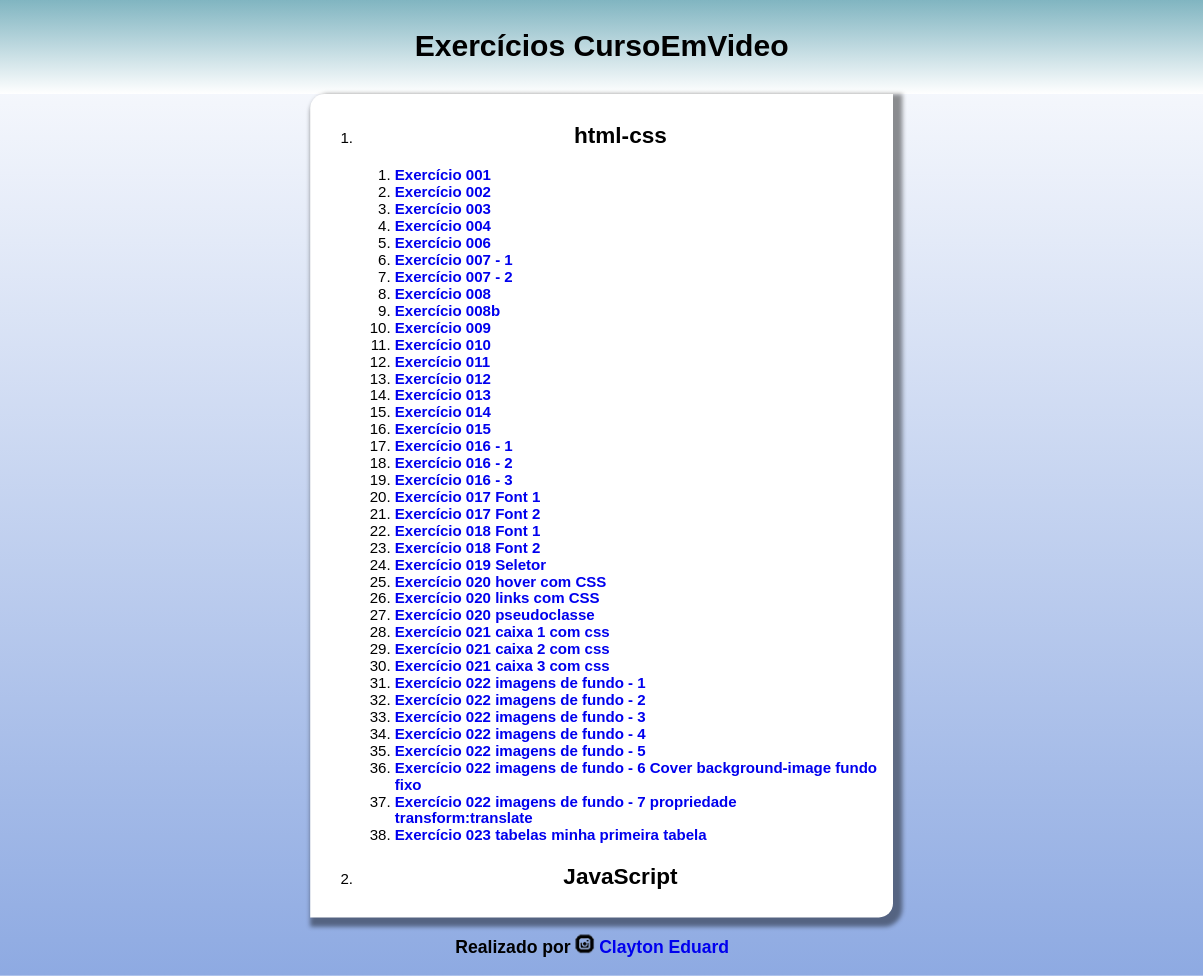
Repository: ClaytonEduard/cursoemvideo
Page: index.html
The author's editor kept a copy of each file at every save. The page is drawn from the files as they stood at one save, then again after a run of saves.
The browser window is 1280 px wide. The pictures show the whole page, at 94% of full size.

Above is the page before, as saved 2022-12-08 16:34:02.

### index.html
<!DOCTYPE html>
<html lang="pt-br">

<head>
        <meta charset="UTF-8">
        <meta http-equiv="X-UA-Compatible" content="IE=edge">
        <meta name="viewport" content="width=device-width, initial-scale=1.0">
        <title>Curso em Video</title>
        <style>
                header {
                        background-image: linear-gradient(to top, white, rgba(7, 110, 133, 0.508));
                        padding: 10px;
                        margin: auto;
                        text-align: center;
                }

                body {

                        font-family: Arial, Helvetica, sans-serif;
                        margin: 0px;
                        padding: 0px;
                        background-image: linear-gradient(to bottom, rgb(255, 255, 255), rgba(33, 88, 198, 0.508));
                }

                main {
                        width: 600px;
                        background-color: white;
                        padding: 10px;
                        margin: auto;
                        border-radius: 15px 0px;
                        box-shadow: 5px 5px 5px 5px #0000006e;
                }

                a {
                        text-decoration: none;
                        font-weight: bold;
                        margin-right: 20px;
                }

                a:hover {
                        text-decoration: underline;
                        color: rgb(80, 12, 240);
                }

                h2 {
                        text-align: center;
                }

                footer {
                        background-image: linear-gradient(to bottom, rgba(7, 110, 133, 0.508));
                        text-align: center;
                }
        </style>
</head>

<body>

        <header>
                <h1>Exercícios CursoEmVideo</h1>
        </header>

        <main>
                <ol>
                        <li>
                                <h2>html-css</h2>
                        </li>

                        <ol>
                                <li><a href="https://claytoneduard.github.io/cursoemvideo/html-css/ex001/index.html"
                                                target="_blank">Exercício 001</a></li>
                                <li><a href="https://claytoneduard.github.io/cursoemvideo/html-css/ex002/index.html"
                                                target="_blank">Exercício 002</a></li>
                                <li><a href="https://claytoneduard.github.io/cursoemvideo/html-css/ex003/index.html"
                                                target="_blank">Exercício 003</a></li>
                                <li><a href="https://claytoneduard.github.io/cursoemvideo/html-css/ex004/index.html"
                                                target="_blank">Exercício 004</a></li>
                                <li><a href="https://claytoneduard.github.io/cursoemvideo/html-css/ex006/index.html"
                                                target="_blank">Exercício 006</a></li>
                                <li><a href="https://claytoneduard.github.io/cursoemvideo/html-css/ex007/html4.html"
                                                target="_blank">Exercício 007 - 1</a></li>
                                <li><a href="https://claytoneduard.github.io/cursoemvideo/html-css/ex007/html5.html"
                                                target="_blank">Exercício 007 - 2</a></li>
                                <li><a href="https://claytoneduard.github.io/cursoemvideo/html-css/ex008/index.html"
                                                target="_blank">Exercício 008</a></li>
                                <li><a href="https://claytoneduard.github.io/cursoemvideo/html-css/ex008b/index.html"
                                                target="_blank">Exercício 008b</a></li>
                                <li><a href="https://claytoneduard.github.io/cursoemvideo/html-css/ex009/index.html"
                                                target="_blank">Exercício 009</a></li>
                                <li><a href="https://claytoneduard.github.io/cursoemvideo/html-css/ex010/index.html"
                                                target="_blank">Exercício 010</a></li>
                                <li><a href="https://claytoneduard.github.io/cursoemvideo/html-css/ex011/index.html"
                                                target="_blank">Exercício 011</a></li>
                                <li><a href="https://claytoneduard.github.io/cursoemvideo/html-css/ex012/index.html"
                                                target="_blank">Exercício 012</a></li>
                                <li><a href="https://claytoneduard.github.io/cursoemvideo/html-css/ex013/index.html"
                                                target="_blank">Exercício 013</a></li>
                                <li><a href="https://claytoneduard.github.io/cursoemvideo/html-css/ex014/index.html"
                                                target="_blank">Exercício 014</a></li>
                                <li><a href="https://claytoneduard.github.io/cursoemvideo/html-css/ex015/index.html"
                                                target="_blank">Exercício 015</a></li>
                                <li><a href="https://claytoneduard.github.io/cursoemvideo/html-css/ex016/cor01.html"
                                                target="_blank">Exercício 016 - 1</a></li>
                                <li><a href="https://claytoneduard.github.io/cursoemvideo/html-css/ex016/cor02.html"
                                                target="_blank">Exercício 016 - 2</a></li>
                                <li><a href="https://claytoneduard.github.io/cursoemvideo/html-css/ex016/cor03.html"
                                                target="_blank">Exercício 016 - 3</a></li>
                                <li><a href="https://claytoneduard.github.io/cursoemvideo/html-css/ex017/font01.html"
                                                target="_blank">Exercício 017 Font 1</a></li>
                                <li><a href="https://claytoneduard.github.io/cursoemvideo/html-css/ex017/font02.html"
                                                target="_blank">Exercício 017 Font 2</a></li>
                                <li><a href="https://claytoneduard.github.io/cursoemvideo/html-css/ex018/font01.html"
                                                target="_blank">Exercício 018 Font 1</a></li>
                                <li><a href="https://claytoneduard.github.io/cursoemvideo/html-css/ex018/font02.html"
                                                target="_blank">Exercício 018 Font 2</a></li>
                                <li><a href="https://claytoneduard.github.io/cursoemvideo/html-css/ex019/seletor01.html"
                                                target="_blank">Exercício 019 Seletor</a></li>
                                <li><a href="https://claytoneduard.github.io/cursoemvideo/html-css/ex020/hover.html"
                                                target="_blank">Exercício 020 hover com CSS</a></li>
                                <li><a href="https://claytoneduard.github.io/cursoemvideo/html-css/ex020/links.html"
                                                target="_blank">Exercício 020 links com CSS</a></li>
                                <li><a href="https://claytoneduard.github.io/cursoemvideo/html-css/ex020/pseudoclasse.html"
                                                target="_blank">Exercício 020 pseudoclasse</a></li>
                                <li><a href="https://claytoneduard.github.io/cursoemvideo/html-css/ex021/caixa01.html"
                                                target="_blank">Exercício 021 caixa 1 com css</a></li>
                                <li><a href="https://claytoneduard.github.io/cursoemvideo/html-css/ex021/caixa02.html"
                                                target="_blank">Exercício 021 caixa 2 com css</a></li>
                                <li><a href="https://claytoneduard.github.io/cursoemvideo/html-css/ex021/caixa03.html"
                                                target="_blank">Exercício 021 caixa 3 com css</a></li>
                                <li><a href="https://claytoneduard.github.io/cursoemvideo/html-css/ex022/fundo001.html"
                                                target="_blank">Exercício 022 imagens de fundo - 1</a></li>
                                <li><a href="https://claytoneduard.github.io/cursoemvideo/html-css/ex022/fundo002.html"
                                                target="_blank">Exercício 022 imagens de fundo - 2</a></li>
                                <li><a href="https://claytoneduard.github.io/cursoemvideo/html-css/ex022/fundo003.html"
                                                target="_blank">Exercício 022 imagens de fundo - 3</a></li>
                                <li><a href="https://claytoneduard.github.io/cursoemvideo/html-css/ex022/fundo004.html"
                                                target="_blank">Exercício 022 imagens de fundo - 4</a></li>
                                <li><a href="https://claytoneduard.github.io/cursoemvideo/html-css/ex022/fundo005.html"
                                                target="_blank">Exercício 022 imagens de fundo - 5</a></li>
                                <li><a href="https://claytoneduard.github.io/cursoemvideo/html-css/ex022/fundo006.html"
                                                target="_blank">Exercício 022 imagens de fundo - 6 Cover
                                                background-image fundo fixo</a></li>
                                <li><a href="https://claytoneduard.github.io/cursoemvideo/html-css/ex022/fundo007.html"
                                                target="_blank">Exercício 022 imagens de fundo - 7 propriedade
                                                transform:translate </a></li>
                                <li><a href="https://claytoneduard.github.io/cursoemvideo/html-css/ex023/tabelas.html"
                                                target="_blank">Exercício 023 tabelas minha primeira tabela</a></li>
                        </ol>
                        <li>
                                <h2>JavaScript</h2>
                        </li>
                </ol>
        </main>
        <footer>
                <h3>Realizado por <img src="html-css/desafios/d005/img/icone-instagram.png" alt="Clayton Eduard" />
                        <a href="https://www.instagram.com/clayton_eduard" target="_blank" rel="external">Clayton
                                Eduard</a>
                </h3>
        </footer>
</body>

</html>

After the next 4 saves:
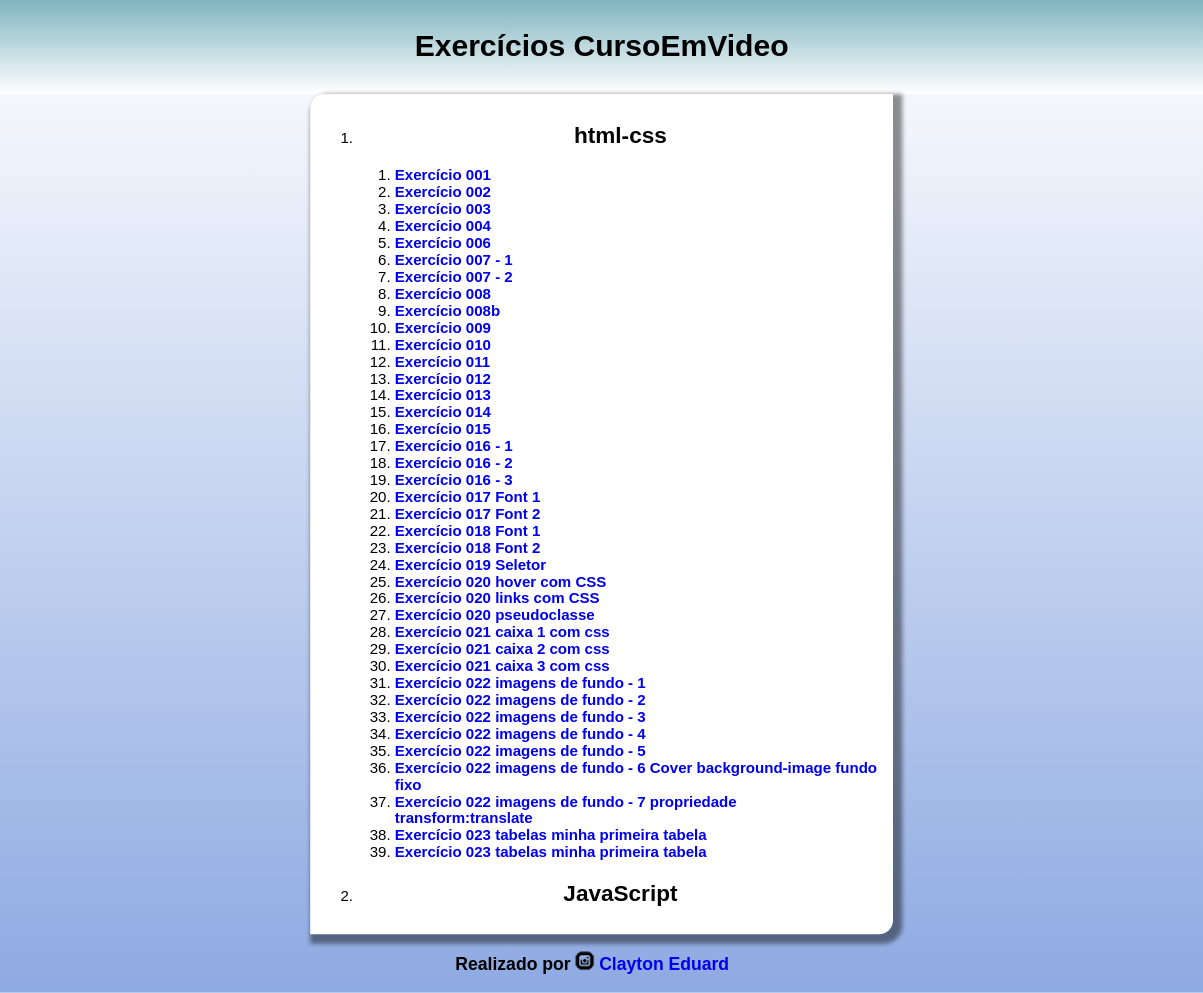
The 4 saves are shown as one change because they came seconds apart.
The last was saved 10 s later.
--- a/index.html
+++ b/index.html
@@ -144,6 +144,9 @@
                                                 transform:translate </a></li>
                                 <li><a href="https://claytoneduard.github.io/cursoemvideo/html-css/ex023/tabelas.html"
                                                 target="_blank">Exercício 023 tabelas minha primeira tabela</a></li>
+
+                                <li><a href="https://claytoneduard.github.io/cursoemvideo/html-css/ex023/tabelas.html"
+                                                target="_blank">Exercício 023 tabelas minha primeira tabela</a></li>
                         </ol>
                         <li>
                                 <h2>JavaScript</h2>
